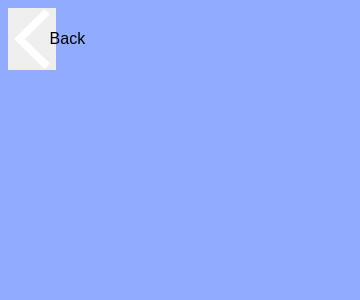
Repository: LuuDavid778/FROGIC
Page: back_button.html
An editor plug-in stored every save of this project. The page is shown before and after the next save, followed by the edit.
The browser window is 360 px wide. The pictures show the whole page.

Above is the page before, as saved 2020-03-08 12:33:25.

### back_button.html
<!DOCTYPE html>
<html>
    <head>
        <link rel="stylesheet" href="back_button.css">
    </head>
    <body>
        <div>

        </div>
        <button class="back_button">
            <img src="img/back_icon.svg" >
            <div class="button_text">Back</div>
        </button>
    </body>
</html>

### back_button.css
/* CSS for mobile */
@media screen and (max-width: 360px){
    body {
        background-color:#91ABFF;
    }

    .back_button {
        display: flex;
        align-items: center;
        background-color: none;
        border: none;
        font-size: 1em;
    }

  }

After the next save:
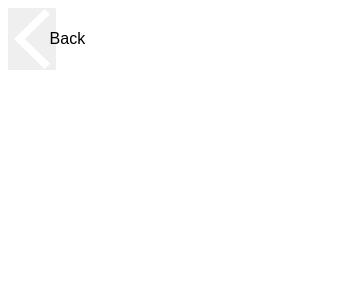
Saved 28 s later.
--- a/back_button.css
+++ b/back_button.css
@@ -1,15 +1,7 @@
-/* CSS for mobile */
-@media screen and (max-width: 360px){
-    body {
-        background-color:#91ABFF;
+.back_button {
+    display: flex;
+    align-items: center;
+    background-color: none;
+    border: none;
+    font-size: 1em;
     }
-
-    .back_button {
-        display: flex;
-        align-items: center;
-        background-color: none;
-        border: none;
-        font-size: 1em;
-    }
-
-  }
